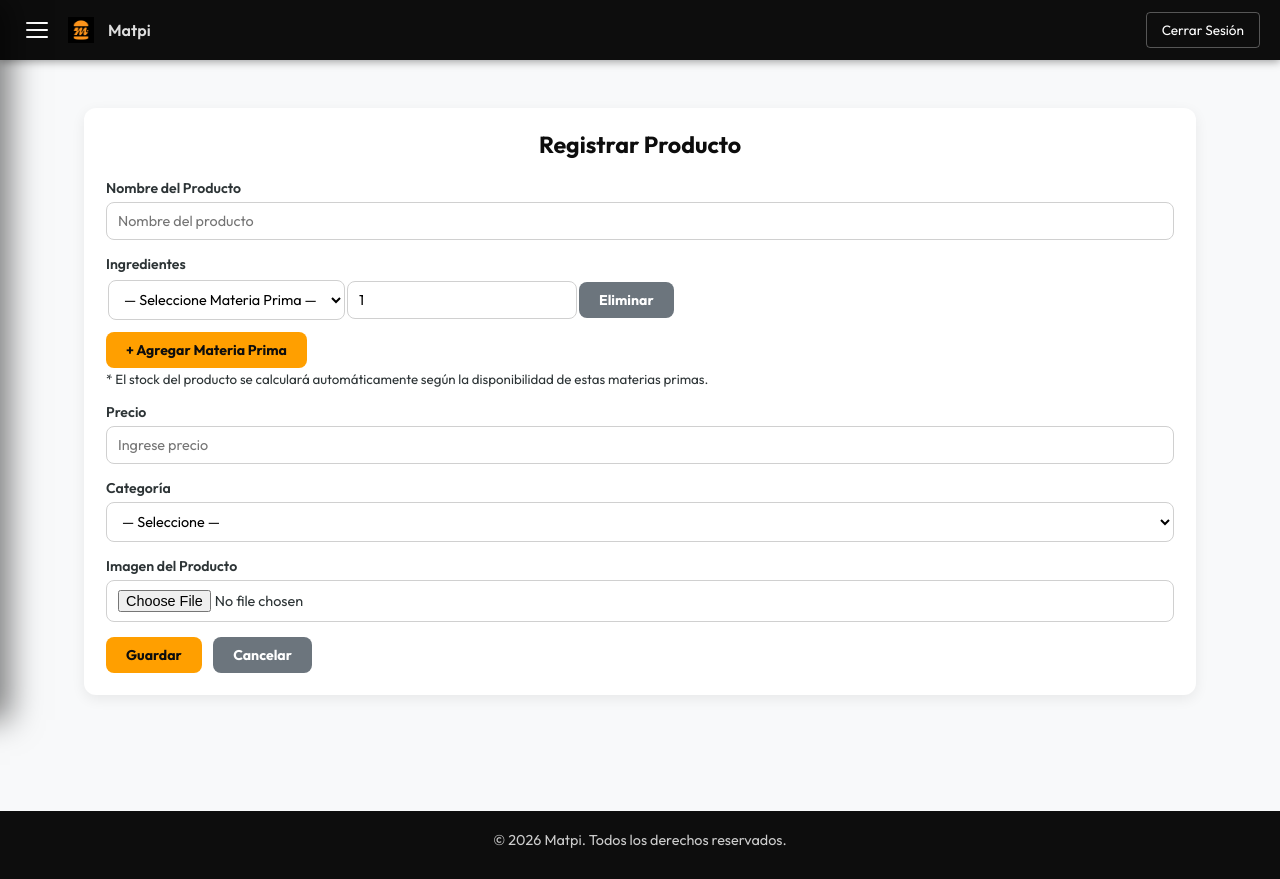
Repository: JuanFelipeNieto/MATPI-Python
Page: MATPI/productos/templates/productos/registrar.html
These files come from the project's save history. The page is drawn as it stood at one moment and after the next save; the edit follows.
The browser window is 1280 px wide. The pictures show the whole page.
The template is drawn by Django 5.2. The application's start-up code is not run. The template is opened directly, without the code that normally fills it, so the values that code supplies are empty.

Above is the page before, as saved 2026-03-17 20:06:30.

After the next save:
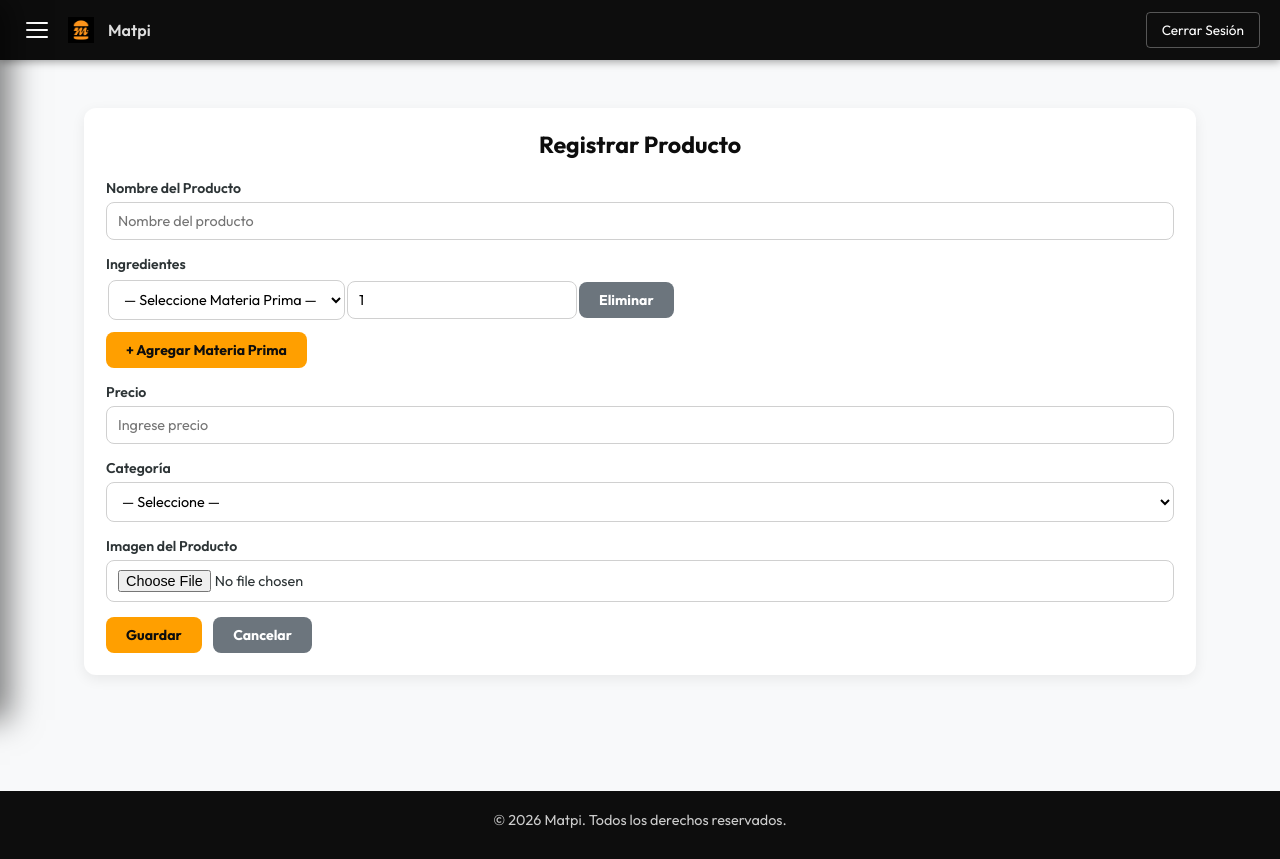
Saved 34 h 17 min later.
--- a/MATPI/productos/templates/productos/registrar.html
+++ b/MATPI/productos/templates/productos/registrar.html
@@ -42,7 +42,6 @@
                 </table>
             </div>
             <button type="button" class="btn btn-azul btn-sm" onclick="agregarFila()" style="margin-top: 10px;">+ Agregar Materia Prima</button>
-            <p><small>* El stock del producto se calculará automáticamente según la disponibilidad de estas materias primas.</small></p>
         </div>
 
         <!-- Eliminamos el campo manual de Cantidad en Stock ya que ahora es automático -->
